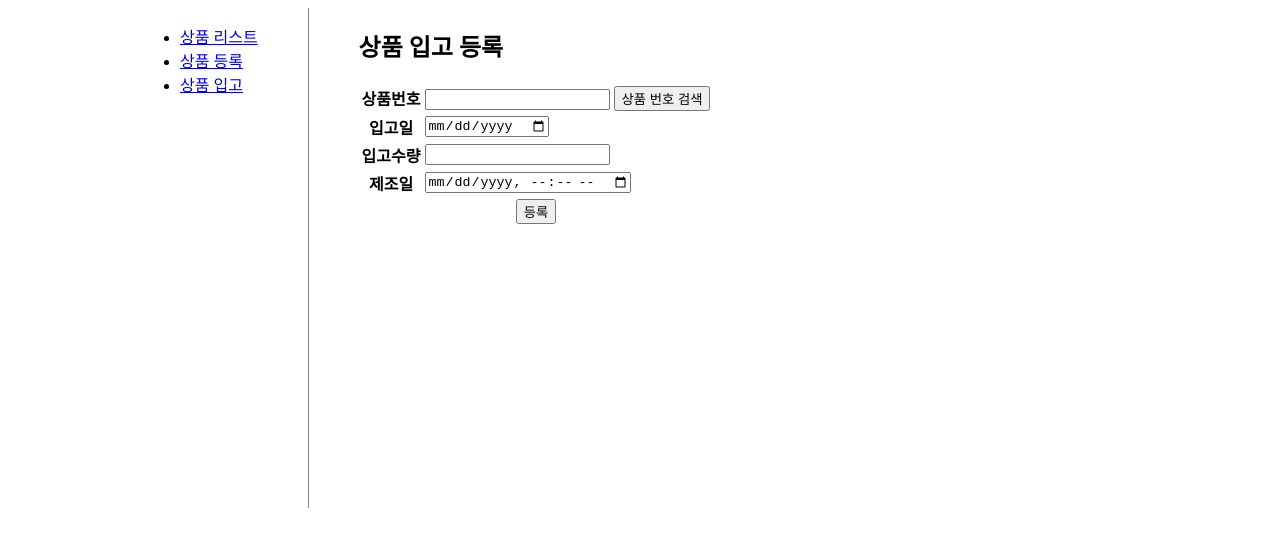
Repository: Ileok/kosa
Page: http://localhost/thymeleaf/goods/goodsWh
The author's editor kept a copy of each file at every save. The page is drawn from the files as they stood at one save, then again after the next save.
The browser window is 1280 px wide. The pictures show the whole page.
Some web libraries are served in a nearby version. The page is this project's Thymeleaf template; nobody is signed in. The template is opened directly, without the code that normally fills it, so the values that code supplies are empty.

Above is the page before, as saved 2022-02-08 00:48:25.

### kosaShoppingMall/src/main/resources/templates/thymeleaf/goods/goodsWh.html
<!DOCTYPE html>
<html>
<head>
<meta charset="UTF-8">
<title>Insert title here</title>
<link href="/static/css/Layout.css" rel="stylesheet">
</head>
<body>
<div id="wrapper">
<div id="leftMenu">
<ul>
	<li><a href="goodsList">상품 리스트</a></li>
	<li><a href="goodsRegist">상품 등록</a></li>
	<li><a href="goodsWh">상품 입고</a></li>
</ul>
</div>
<div id="Info">
<h2>상품 입고 등록</h2>
<form action="whRegist" method="post">
<table>
	<tr><th>상품번호</th>
		<td><input type="text" name="goodsNum" id="num" readonly="readonly" />
		<button type="button" id="btn">상품 번호 검색</button></td>
	</tr>
	<tr><th>입고일</th>
		<td><input type="date" name="whDate" th:value="${whDate}" /></td>
	</tr>
	<tr><th>입고수량</th>
		<td><input type="number" name="whQty" min=1 /></td>
	</tr>
	<tr><th>제조일</th>
		<td><input type="datetime-local" name="madeDate" /></td>
	</tr>
	<tr><th colspan="2">
		<input type="submit" value="등록" />
		</th>
	</tr>
</table>
</form>
</div>
</div>
</body>
</html>

### kosaShoppingMall/src/main/resources/static/css/Layout.css
@charset "UTF-8";
#wrapper{
	width : 1000px;
	margin: 0 auto;
}
#leftMenu{
	float:left;
	margin-right: 50px;
	height : 500px;
}
#Info{
	float:left;
	padding-left : 50px;
	border-left: 1px solid gray;
	height : 500px;
}

After the next save:
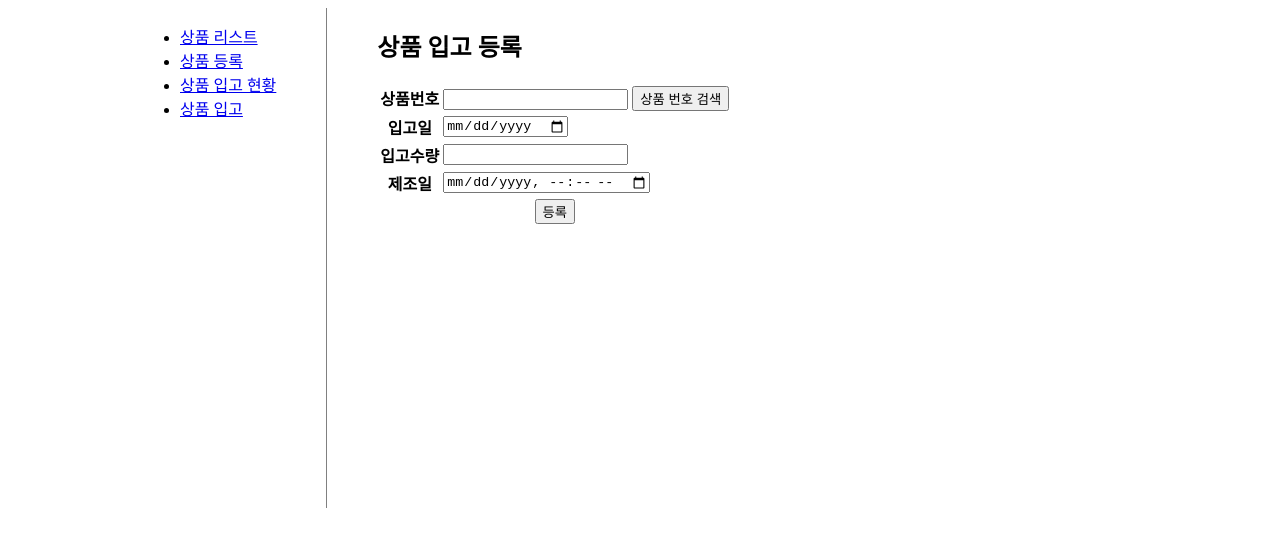
Saved 19 s later.
--- a/kosaShoppingMall/src/main/resources/templates/thymeleaf/goods/goodsWh.html
+++ b/kosaShoppingMall/src/main/resources/templates/thymeleaf/goods/goodsWh.html
@@ -4,6 +4,15 @@
 <meta charset="UTF-8">
 <title>Insert title here</title>
 <link href="/static/css/Layout.css" rel="stylesheet">
+
+<script src="https://ajax.aspnetcdn.com/ajax/jQuery/jquery-1.8.1.min.js"></script>
+<script type="text/javascript">
+$(function(){
+	$("#btn").click(function(){
+
+	});
+});
+</script>
 </head>
 <body>
 <div id="wrapper">
@@ -11,6 +20,7 @@
 <ul>
 	<li><a href="goodsList">상품 리스트</a></li>
 	<li><a href="goodsRegist">상품 등록</a></li>
+	<li><a href="goodsWhList">상품 입고 현황</a></li>
 	<li><a href="goodsWh">상품 입고</a></li>
 </ul>
 </div>
